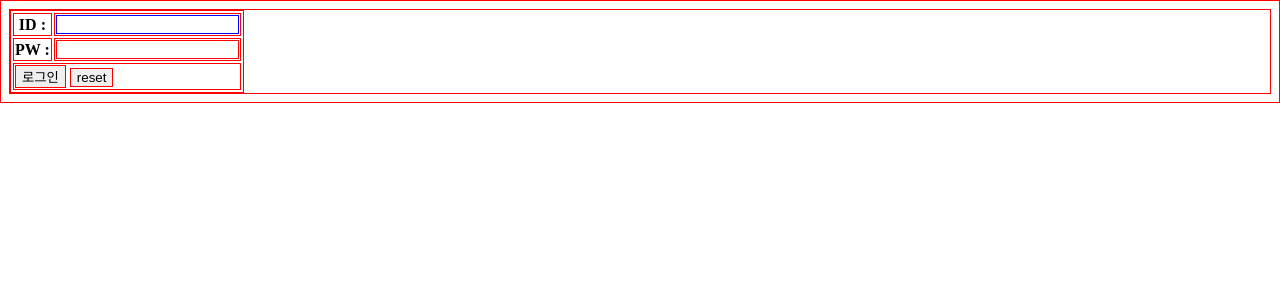
Repository: Shinhan1/shinhan
Page: http://localhost/web_goott/w20200323/jQueryEx05.jsp
An editor plug-in stored every save of this project. The page is shown before and after a run of saves, followed by the edit.
The browser window is 1280 px wide. The pictures show the whole page.
The page is served by Tomcat 9.

Above is the page before, as saved 2020-03-23 06:50:33.

After the next 2 saves:
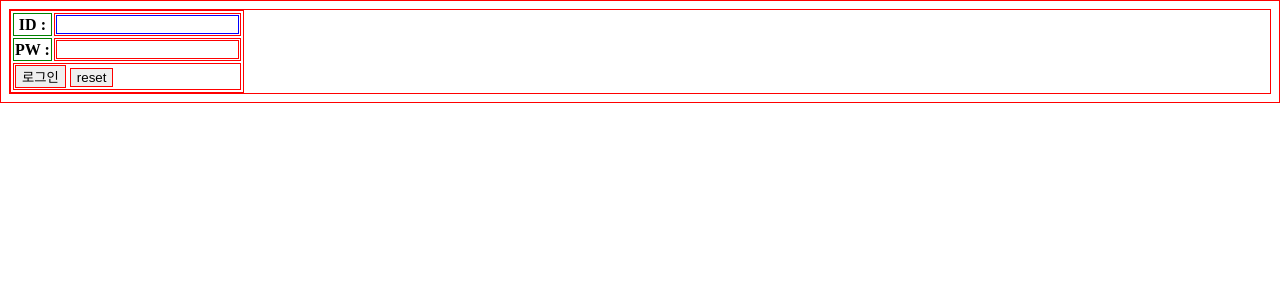
The 2 saves are shown as one change because they came seconds apart.
The last was saved 36 s later.
--- a/web_goott/WebContent/w20200323/jQueryEx05.jsp
+++ b/web_goott/WebContent/w20200323/jQueryEx05.jsp
@@ -14,6 +14,9 @@
 
 		// id가 id인 엘리먼트를 찾아서 CSS효과 추가
 		$("#id").css("border", "1px solid blue");
+
+		// class가 row인 엘리먼트를 찾아서 CSS효과 추가
+		$(".row").css("border", "1px solid green");
 
 	});
 
